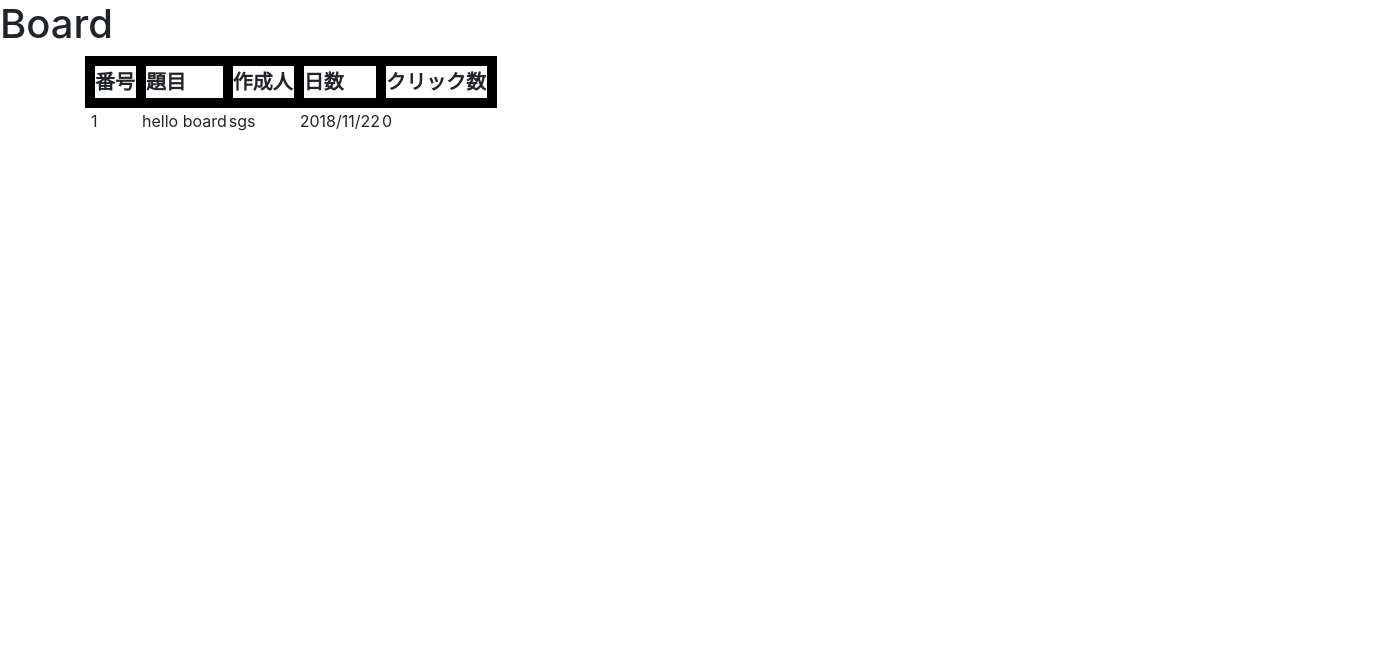
Repository: songgisung/study_web
Page: 20181126/test/board/WebContent/board.html
The author's editor kept a copy of each file at every save. The page is drawn from the files as they stood at one save, then again after the next save.
The browser window is 1280 px wide. The page is 1280 px wide, then 1390 px, then 1280 px, so the pictures cover 1390 px, including what lies to the right of the window. The pictures show the whole page.

Above is the page before, as saved 2018-11-22 08:44:05.

### 20181126/test/board/WebContent/board.html
<!DOCTYPE html>
<html>
	<head>
		<meta charset="UTF-8">
		<meta name="viewport" content="width=device-width, initial-scale=1, shrink-to-fit=no">
		<title>Insert title here</title>

		<link rel="stylesheet" href="https://stackpath.bootstrapcdn.com/bootstrap/4.1.3/css/bootstrap.min.css" integrity="sha384-MCw98/SFnGE8fJT3GXwEOngsV7Zt27NXFoaoApmYm81iuXoPkFOJwJ8ERdknLPMO" crossorigin="anonymous">
		<link rel="stylesheet" href="css/board.css">
	</head>
<body>
	<h1>Board</h1>
	<div class="container">
		<table>
			<tr class="table_">
				<th class="cell">番号</th>
				<th class="cell">題目</th>
				<th class="cell">作成人</th>
				<th class="cell">日数</th>
				<th class="cell">クリック数</th>
			</tr>
			<tr>
				<td>1</td>
				<td>hello board</td>
				<td>sgs</td>
				<td>2018/11/22</td>
				<td>0</td>
			</tr>
		</table>
	</div>
	<script src="https://code.jquery.com/jquery-3.3.1.slim.min.js" integrity="sha384-q8i/X+965DzO0rT7abK41JStQIAqVgRVzpbzo5smXKp4YfRvH+8abtTE1Pi6jizo" crossorigin="anonymous"></script>
	<script src="https://cdnjs.cloudflare.com/ajax/libs/popper.js/1.14.3/umd/popper.min.js" integrity="sha384-ZMP7rVo3mIykV+2+9J3UJ46jBk0WLaUAdn689aCwoqbBJiSnjAK/l8WvCWPIPm49" crossorigin="anonymous"></script>
	<script src="https://stackpath.bootstrapcdn.com/bootstrap/4.1.3/js/bootstrap.min.js" integrity="sha384-ChfqqxuZUCnJSK3+MXmPNIyE6ZbWh2IMqE241rYiqJxyMiZ6OW/JmZQ5stwEULTy" crossorigin="anonymous"></script>
</body>
</html>

### 20181126/test/board/WebContent/css/board.css
@charset "UTF-8";

.table_{
	border-color: black;
	margin:0px;
	font-size: 20px;
}
.cell{
	padding-left: 0px;
	margin:0;
	border:10px black solid;
	border-color: black;
}

After the next save:
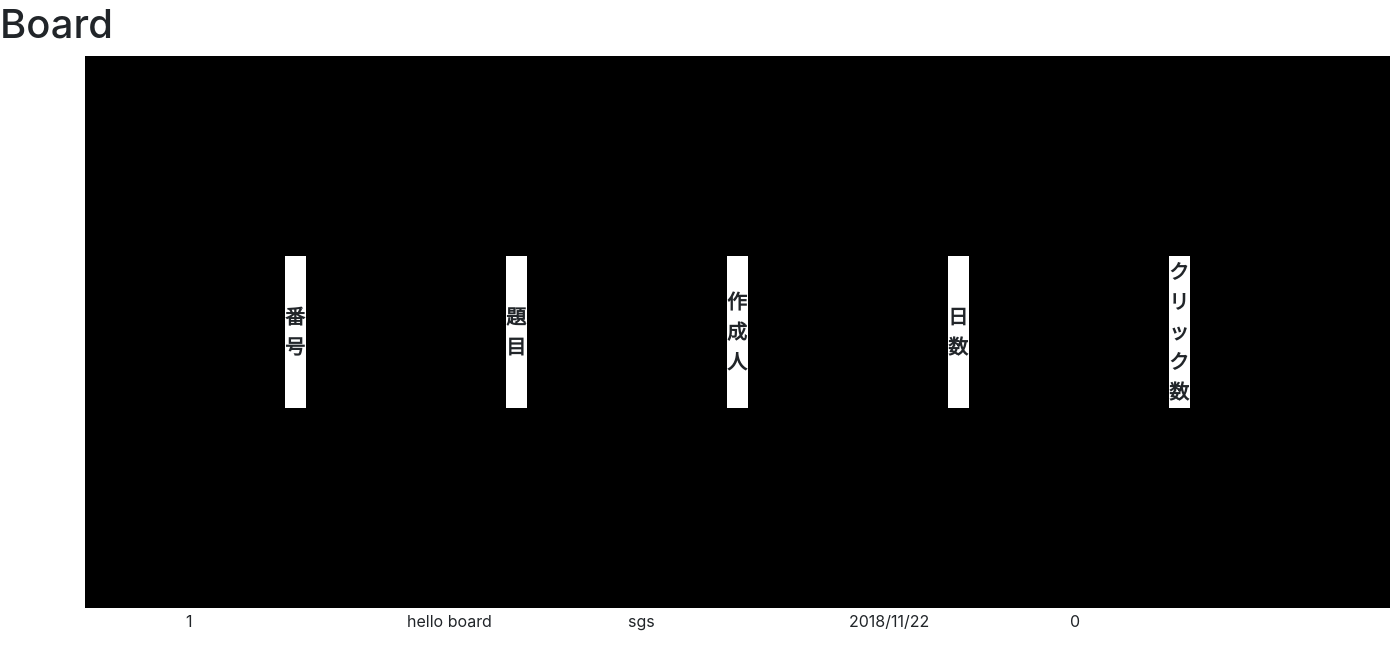
Saved 30 s later.
--- a/20181126/test/board/WebContent/css/board.css
+++ b/20181126/test/board/WebContent/css/board.css
@@ -1,13 +1,12 @@
 @charset "UTF-8";
 
 .table_{
-	border-color: black;
+
 	margin:0px;
 	font-size: 20px;
 }
 .cell{
 	padding-left: 0px;
 	margin:0;
-	border:10px black solid;
-	border-color: black;
+	border:10em black solid;
 }

After the save that followed:
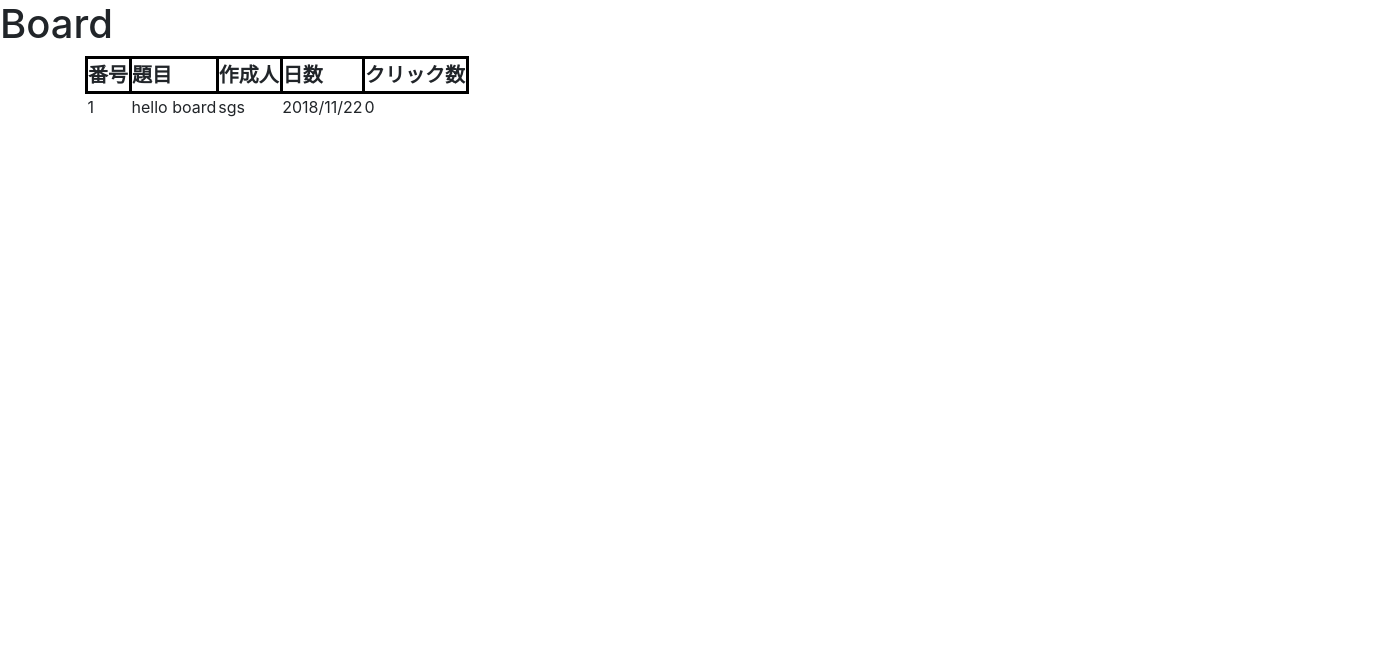
Saved 15 s later.
--- a/20181126/test/board/WebContent/css/board.css
+++ b/20181126/test/board/WebContent/css/board.css
@@ -8,5 +8,5 @@
 .cell{
 	padding-left: 0px;
 	margin:0;
-	border:10em black solid;
+	border:3px black solid;
 }
